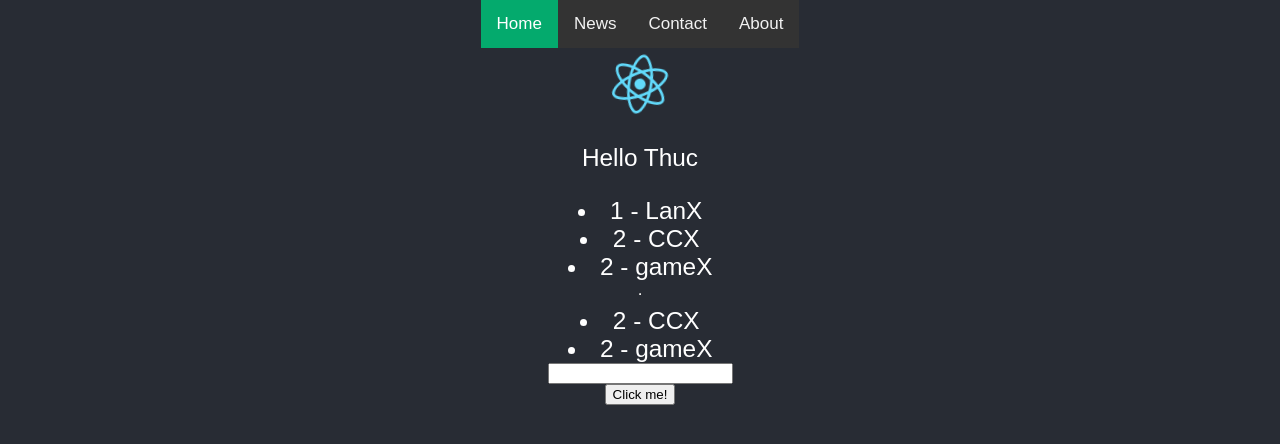
Repository: ThucSkin/React-hook-basic
Page: /
An editor plug-in stored every save of this project. The page is shown before and after the next save, followed by the edit.
The browser window is 1280 px wide. The pictures show the whole page.
The project was rebuilt for these pictures with package versions that can differ from the ones it lists, and the page was loaded fresh each time.

Above is the page before, as saved 2023-06-11 01:53:22.

After the next save:
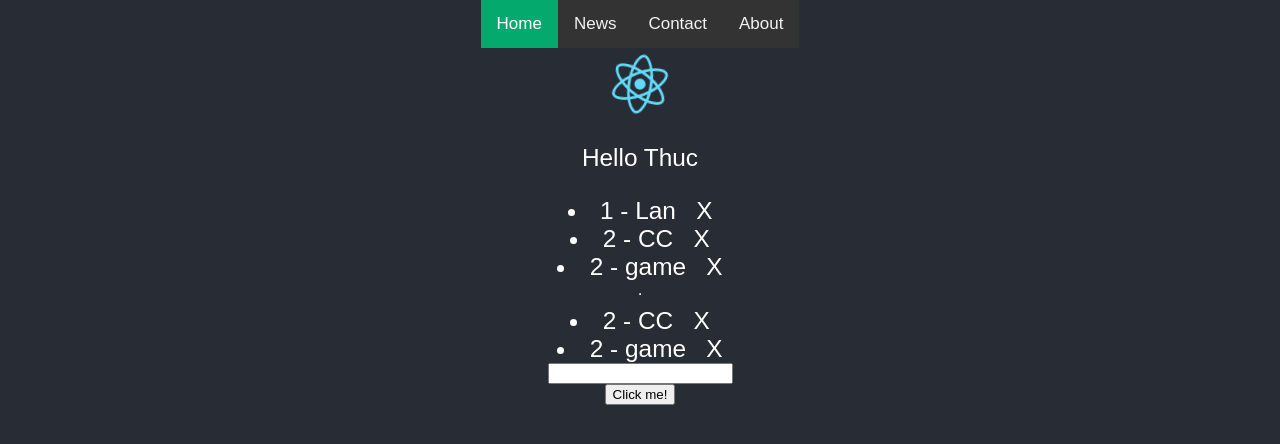
Saved 47 s later.
--- a/src/views/Todo.js
+++ b/src/views/Todo.js
@@ -12,7 +12,7 @@
                 return (
                     <div key={item.id}>
                         <li className='todos-child'>{item.id} - {item.name}
-                            <span onClick={() => handleDelete(item.id)}>X</span></li>
+                            &nbsp; &nbsp;<span onClick={() => handleDelete(item.id)}>X</span></li>
 
                     </div>
                 )
